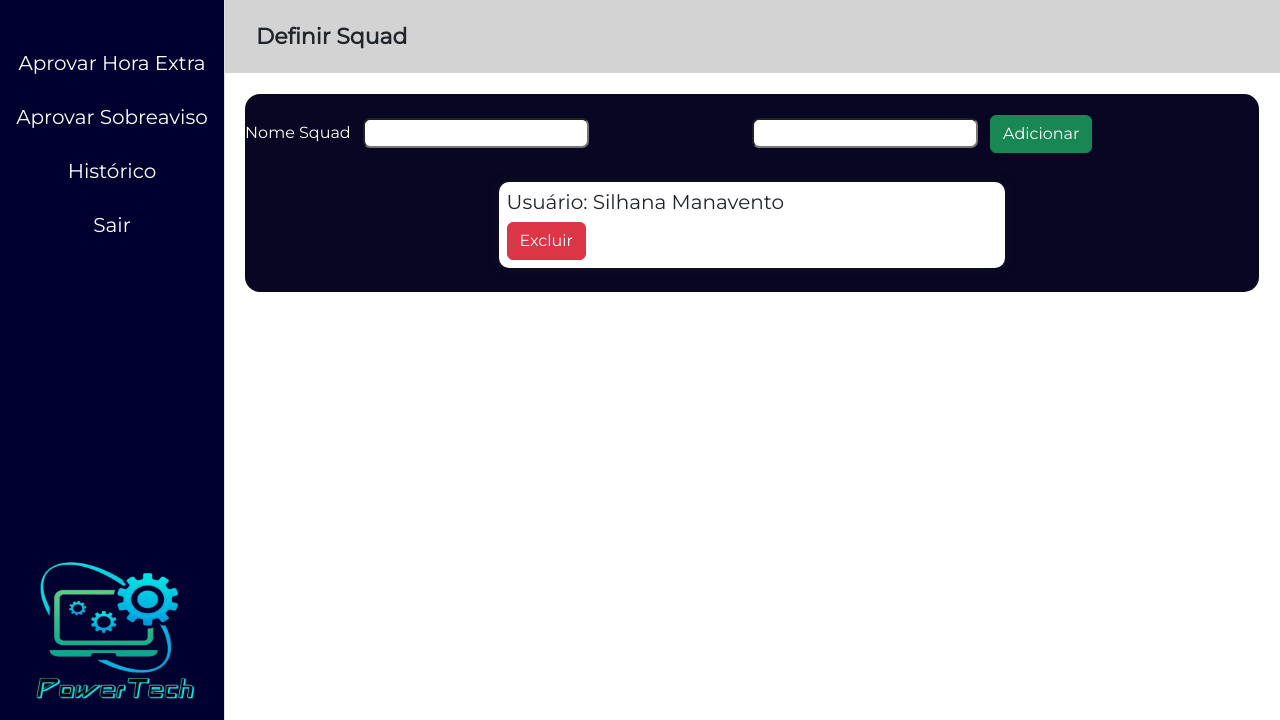
Repository: PowerTech-Fatec/API-2RP-NET
Page: /adm/squad (app in Sprint 3/2rp-web/)
An editor plug-in stored every save of this project. The page is shown before and after the next save, followed by the edit.
The browser window is 1280 px wide. The pictures show the whole page.
The project was rebuilt for these pictures with package versions that can differ from the ones it lists, and the page was loaded fresh each time. Also part of the build but not shown: Sprint 3/2rp-web/src/pages/login/login.js, Sprint 3/2rp-web/src/pages/home/dashboard.js, Sprint 3/2rp-web/src/pages/home/sobreaviso/sobreaviso.css, Sprint 3/2rp-web/src/pages/home/sobreaviso/sobreaviso.js, Sprint 3/2rp-web/src/pages/home/hora-extra/hora-extra.css, Sprint 3/2rp-web/src/pages/home/hora-extra/hora-extra.js, Sprint 3/2rp-web/src/components/cards/Cards.js, Sprint 3/2rp-web/src/pages/home/gestor/aprovar-hora-extra/gestor.js and 3 more.

Above is the page before, as saved 2022-11-02 16:41:32.

After the next save:
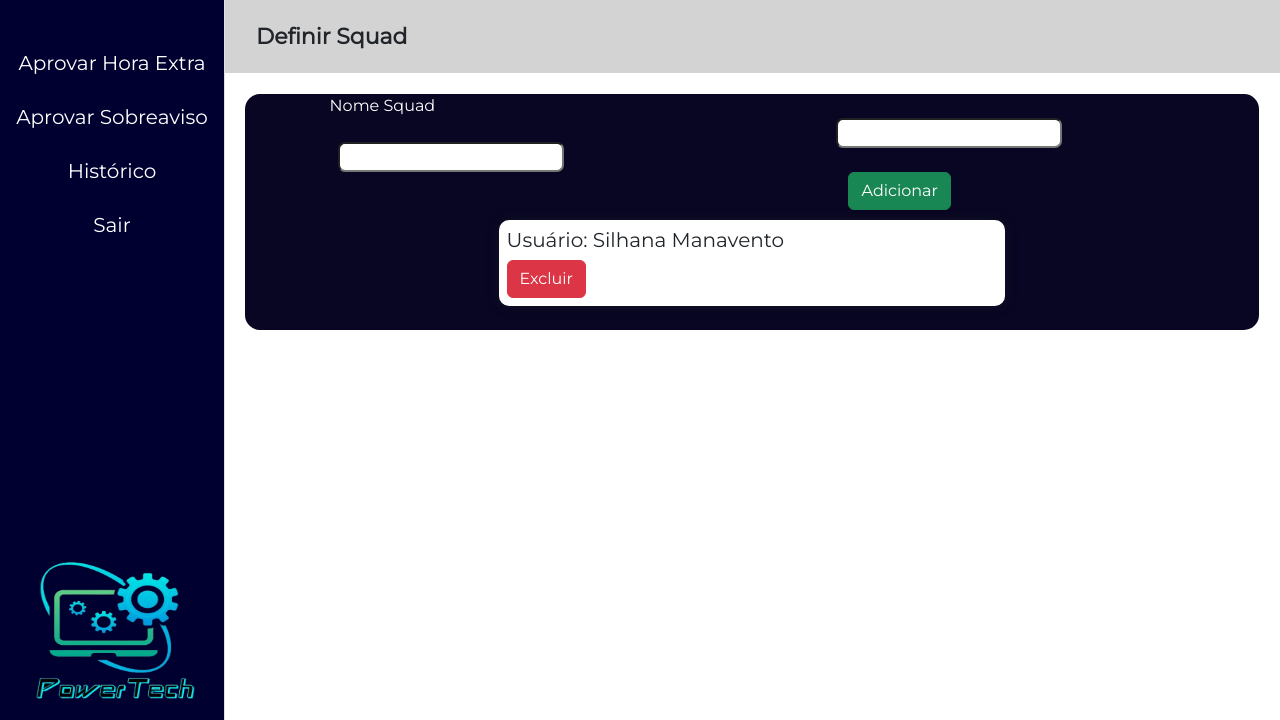
Saved 16 s later.
--- a/Sprint 3/2rp-web/src/pages/home/adm/squad/def-squad.js
+++ b/Sprint 3/2rp-web/src/pages/home/adm/squad/def-squad.js
@@ -16,7 +16,7 @@ function Squad() {
 
             <div>
             <div className="col-12 d-flex justify-content-around">
-            <div className="col-6">
+            <div className="col-4">
             <span>
             <label className="font">Nome Squad</label> <input className="squad-name mt-4 mb-4 ml-2"></input>
             </span>
@@ -25,7 +25,7 @@ function Squad() {
 
 
 
-            <div className="col-6">
+            <div className="col-4">
             <span>
             <input className="squad-name mt-4 mb-4"></input><button type="button" class="btn btn-success ml-3">Adicionar</button>
             </span>
